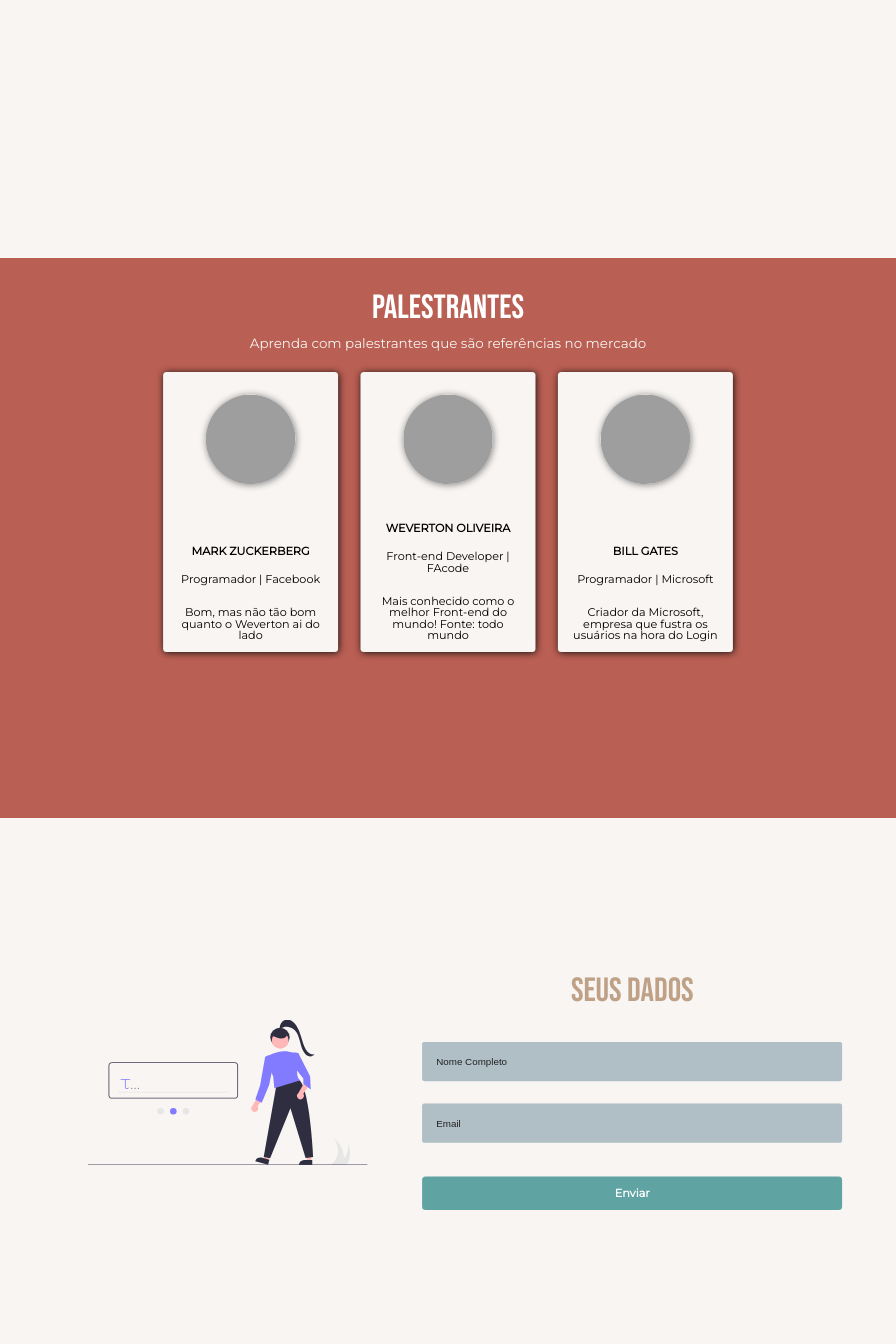
Repository: tomoliveira1/aluraconf
Page: index.html
These files come from the project's save history. The page is drawn as it stood at one moment and after the next save; the edit follows.
The browser window is 1280 px wide. The pictures show the part of the page from y = 1152 to 3072 px (the page is 3072 px tall), at 70% of full size.
Pictures or frames that could not be fetched are drawn as grey boxes.

Above is the page before, as saved 2021-10-14 00:54:54.

### index.html
<!-- PROJETO FINAL - ALURACONF -->

<!DOCTYPE html>
<html lang="pt-br">
  <head>
    <meta charset="UTF-8" />
    <meta http-equiv="X-UA-Compatible" content="IE=edge" />
    <meta name="viewport" content="width=device-width, initial-scale=1.0" />
    <title>AluraConf</title>
    <link rel="shortcut icon" href="./aluraconf/img/favicon.ico" type="image/x-icon">

    <link rel="preconnect" href="https://fonts.googleapis.com" />
    <link rel="preconnect" href="https://fonts.gstatic.com" crossorigin />

    <link rel="stylesheet" href="/aluraconf/css/reset.css" />
    <link rel="stylesheet" href="/aluraconf/css/base.css" />
    <link rel="stylesheet" href="aluraconf/css/header.css" />
    <link rel="stylesheet" href="aluraconf/css/about.css" />
    <link rel="stylesheet" href="aluraconf/css/speakers.css" />
    <link rel="stylesheet" href="aluraconf/css/form.css" />
    <link
      href="https://fonts.googleapis.com/css2?family=Bebas+Neue&family=Montserrat:wght@300;400&display=swap"
      rel="stylesheet"
    />
  </head>
  <body>
    <header class="header container">
      <div class="navigation">
        <nav class="header_nav">
          <ul>
            <li class="header_link"><a href="#about">Sobre</a></li>
            <li class="header_link"><a href="#speakers">Palestrantes</a></li>
          </ul>
        </nav>
      </div>

      <div class="header_text container">
        <h1 class="header_title">aluraconf</h1>
        <h1 class="header_subtitle">30 Maio - Rio</h1>

        <a class="header_button button" href="#subscribe">Inscreva-se</a>
      </div>

      <img
        class="header_image"
        src="aluraconf/img/phone.svg"
        alt="ilustração de uma pessoa usando um computador"
      />
    </header>

    <main>
      <section id="about" class="about container">
        <h1>Muito conteúdo: do frontend ao backend</h1>
        <h2>30 de Maio de 2017 - na Cidade Maravilhosa</h2>
        <p>
          Com a AluraConf abordaremos o que há de novidade e conhecimentos
          essenciais a um desenvolvedor mobile
        </p>
        <p>
          É uma grande chance de ficar por dentro dos assuntos de Android, iOS,
          Wev mobile, desenvolvimento híbrido, UX, além da parte backend com
          Rest, Microservices, e BigData. O desenvolvedor atualizado vai estar
          aqui.
        </p>
      </section>

      <section id="speakers" class="speakers container">
        <h1>Palestrantes</h1>
        <h2>Aprenda com palestrantes que são referências no mercado</h2>

        <div class="cards">
          <div class="card">
            <img
              src="https://i.insider.com/60c1df2b23393a00188e25da?width=1136&format=jpeg"
              alt="foto de perfil Weverton"
              class="profile_picture"
            />

            <div class="info_container">
              <span class="profile_name">Mark Zuckerberg</span>
              <span class="profile_subtitle">Programador | Facebook</span>
              <span class="profile_description"
                >Bom, mas não tão bom quanto o Weverton ai do lado</span
              >
            </div>
          </div>

          <div class="card">
            <img
              src="https://avatars.githubusercontent.com/u/85240595?v=4"
              alt="foto de perfil Weverton"
              class="profile_picture"
            />

            <div class="info_container">
              <span class="profile_name">Weverton Oliveira</span>
              <span class="profile_subtitle">Front-end Developer | FAcode</span>
              <span class="profile_description"
                >Mais conhecido como o melhor Front-end do mundo! Fonte: todo
                mundo</span
              >
            </div>
          </div>

          <div class="card">
            <img
              src="https://conteudo.imguol.com.br/c/tab/85/2020/07/07/o-empresario-e-filantropo-bill-gates-1594123769189_v2_450x337.jpg"
              alt="foto de perfil Weverton"
              class="profile_picture"
            />

            <div class="info_container">
              <span class="profile_name">Bill Gates</span>
              <span class="profile_subtitle">Programador | Microsoft</span>
              <span class="profile_description"
                >Criador da Microsoft, empresa que fustra os usuários na hora do Login</span
              >
            </div>
          </div>
        </div>
      </section>

      <section id="subscribe" class="form container">
        <img
          src="aluraconf/img/form-image.svg"
          alt="Ilustração de cadastro"
          class="form_image"
        />

        <div class="inputs">
          <h1>seus dados</h1>
          <form>
            <label class="custom_field">
              <input
                class="form_input"
                type="text"
                id="nome"
                placeholder="Nome Completo"
              />
            </label>

            <label class="custom_field">
              <input
                class="form_input"
                type="text"
                id="email"
                placeholder="Email"
              />
            </label>
          </form>

          <a class="submit_button button">Enviar</a>
        </div>
      </section>
    </main>
  </body>
</html>

### aluraconf/css/base.css
/* Cores */
:root {
  --bg-color-darker: #282355;
  --bg-color-lighter: #533a8a;
  --button-hover: #2a87a1;
  --clr-primary: #2f7b91;
  --white: #fff;
  --beige: #bea187;
  --input: #d5d5d5;
  --light-beige: #F8F5F2;
  --red: #eb4b36;
  --bg-orange: #BA5F53;
  --text-color: #3f434f;
  --button: #5fa3a3;
  --clr-gray: #37474f;
  --clr-gray-light: #b0bec5;

  --bebas-neue: "Bebas Neue", cursive;
  --montserrat: "Montserrat", sans-serif;
}

html {
  scroll-behavior: smooth;
}

body {
  font-family: "Bebas Neue", cursive;
  font-family: "Montserrat", sans-serif;
}

.container {
  padding-right: 6%;
  padding-left: 6%;
}

.button {
  background-color: var(--button);
  color: var(--white);
  font-weight: 600;
  text-align: center;
  display: block;
  box-sizing: border-box;
  padding: 1rem 2rem;
  border-radius: 5px;
  transition: all 0.2s;
}

.button:hover {
  background-color: var(--button-hover);
}

### aluraconf/css/header.css
.header {
  background-image: linear-gradient(
    var(--bg-color-darker),
    var(--bg-color-lighter)
  );

  width: 100%;
  min-height: 100vh;

  box-sizing: border-box;

  display: flex;
  flex-direction: column;
  align-items: center;

  padding-top: 0.75rem;
  padding-bottom: 0.75rem;
}

.header_nav {
  text-align: center;
}

.header_link {
  color: var(--white);
  font-size: 1rem;
  font-weight: 600;

  display: inline-block;

  margin-right: 0.7rem;
  margin-bottom: 4rem;
  margin-left: 0.7rem;

  padding: 0.75rem 1.25rem;
}

.header_title {
  font-family: "Bebas Neue", cursive;
  color: var(--white);
  font-size: 5rem;
}

.header_subtitle {
  font-family: "Bebas Neue", cursive;
  font-size: 3.5rem;
  color: var(--red);
  margin-bottom: 6rem;
}

.header_button {
  width: 100%;
}

.header_image {
  display: none;
}

@media screen and (min-width: 1024px) {
  .navigation {
    width: 100%;
    align-items: center;
  }

  .header_title {
    font-size: 7rem;
  }

  .header_subtitle {
    font-size: 5rem;
  }

  .header_button {
    width: 300px;
    padding: 30px;
    font-size: 25px;
  }

  .header_text {
    align-items: center;
    margin-top: 2rem;
    margin-left: 3rem;
    display: flex;
    flex-direction: column;
  }

  .header {
    align-items: start;
  }

  .header_link {
    align-content: center;
    font-size: 0.75rem;
    position: relative;
  }

  .header_image {
    width: 450px;
    display: flex;
    position: absolute;
    left: 55%;
    top: 30%;
  }
}

### aluraconf/css/about.css
.about {
  background-color: var(--light-beige);
  min-height: 100vh;
  padding: 3rem 5% 2rem;
  line-height: 1.2;
}

.about h1 {
  font-family: "Bebas Neue", cursive;
  color: var(--beige);
  text-transform: uppercase;
  text-align: center;
  font-size:3rem;
  margin-bottom: 1rem;
}

.about h2 {
  color: var(--bg-color-darker);
  font-family: "Montserrat", sans-serif;
  font-weight: bold;
  text-align: center;
  font-size: 1.2rem;
  margin-bottom: 1rem;
}

.about p {
  color: var(--text-color);
  width: 100%;
  display: block;
  text-align: center;
  margin-bottom: 1rem;
  margin-right: 0;
}

### aluraconf/css/speakers.css
.speakers {
  min-height: 100vh;
  background-color: var(--bg-orange);
  padding: 3rem 5% 2rem;
  align-items: center;
  display: flex;
  flex-direction: column;
}

h1 {
  font-family: "Bebas Neue", cursive;
  color: var(--white);
  text-transform: uppercase;
  text-align: center;
  font-size: 3rem;
  margin-bottom: 1rem;
}

h2 {
  font-family: var(--montserrat);
  color: var(--light-beige);
  text-align: center;
  font-size: 1.2rem;
  margin-bottom: 1rem;
}

.cards {
  display: flex;
  flex-direction: column;
  align-items: center;
}

.card {
  width: 250px;
  height: 400px;
  background-color: var(--light-beige);
  border-radius: 5px;
  box-shadow: 1px 1px 10px rgb(15, 15, 15);
  display: flex;
  flex-direction: column;
  justify-content: space-between;
  align-items: center;
  margin: 1rem;
}

.profile_picture {
  margin-top: 2rem;
  width: 8rem;
  height: 8rem;
  border-radius: 50%;
  box-shadow: 1px 1px 10px grey;
}

.info_container {
  width: 100%;
  display: flex;
  flex-direction: column;
  align-items: center;
}

.profile_name {
  margin: 2rem 2rem 0.5rem;
  font-weight: bold;
  text-transform: uppercase;
}

.profile_subtitle {
  margin: 1rem;
  text-align: center;
}

.profile_description {
  margin: 1rem;
  text-align: center;
}

@media screen and (min-width: 1024px) {
  .cards {
    flex-direction: row;
  }

  .card:hover {
    cursor: pointer;
    transform: translateY(10px);
    transition: all 0.3s ease;
  }
}

### aluraconf/css/form.css
.form {
  display: flex;
  flex-direction: column;
  background-color: var(--light-beige);
  min-height: 70vh;
  padding-top: 2rem;
  align-items: center;
  min-height: 100vh;
}

.form h1 {
  font-family: "Bebas Neue", cursive;
  color: var(--beige);
  text-transform: uppercase;
  text-align: center;
  font-size: 3rem;
  margin-bottom: 1rem;
}

.custom_field {
  position: relative;
  font-size: 14px;
  padding-top: 20px;
  margin-bottom: 5px;
}

.custom_field input {
  width: 100%;
  box-sizing: border-box;
  border: none;
  appearance: none;
  background: var(--clr-gray-light);
  padding: 20px;
  border-radius: 3px;
  margin-top: 2rem;
  outline: none;
  font-size: 14px;
}

.curstom_field span {
  position: absolute;
  left: 12px;
  top: 50%;
}

input:focus::placeholder {
  color: rgb(143, 143, 143);
}

input::placeholder {
  color: #222;
  transition: color 0.3s ease;
}

.submit_button {
  width: 100%;
  margin-top: 3rem;
  cursor: pointer;
}

.form_image {
  display: none;
}

@media screen and (min-width: 1024px) {
  .form {
    flex-direction: row;
    justify-content: space-between;
  }

  .submit_button {
    width: 600px;
  }

  .inputs {
    flex-direction: column;
  }

  .form_image {
    margin-left: 3rem;
    width: 400px;
    display: flex;
    position: relative;
  }
}

Loaded but not shown: aluraconf/css/reset.css (common file)

After the next save:
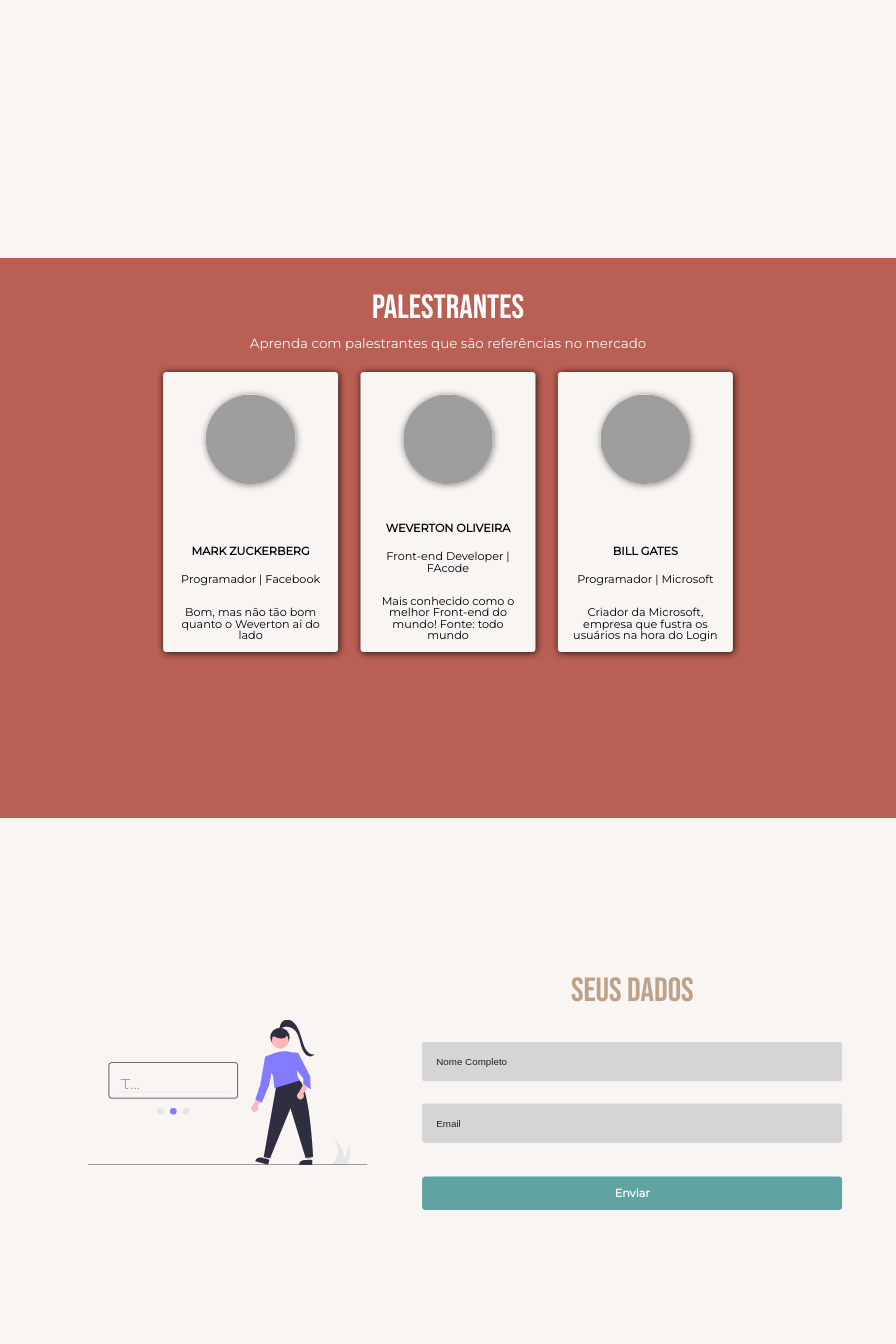
Saved 2 s later.
--- a/aluraconf/css/form.css
+++ b/aluraconf/css/form.css
@@ -29,7 +29,7 @@
   box-sizing: border-box;
   border: none;
   appearance: none;
-  background: var(--clr-gray-light);
+  background: var(--input);
   padding: 20px;
   border-radius: 3px;
   margin-top: 2rem;
